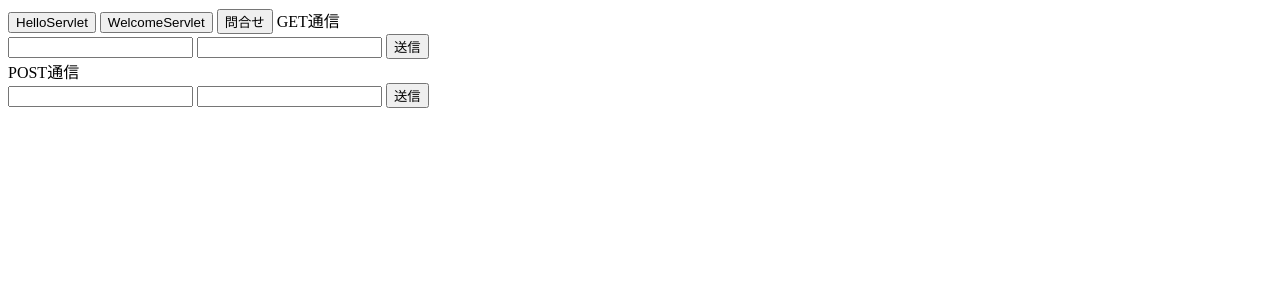
Repository: 938758923/test
Page: http://localhost/HelloServlet/
The author's editor kept a copy of each file at every save. The page is drawn from the files as they stood at one save, then again after the next save.
The browser window is 1280 px wide. The pictures show the whole page.
The page is served by Tomcat 9. Other server files are loaded and not shown.

Above is the page before, as saved 2019-06-12 11:42:15.

### HelloServlet/WebContent/index.jsp
<%@ page language="java" contentType="text/html; charset=UTF-8"
    pageEncoding="UTF-8"%>
<!DOCTYPE html>
<html>
<head>
<meta charset="UTF-8">
<title>HelloServlet</title>
</head>
<body>
<input type="button" value="HelloServlet" onClick="location.href='HelloServlet'">
<input type="button" value="WelcomeServlet" onClick="location.href='welcome.jsp'">
<input type="button" value="問合せ" onClick="location.href='inquiry.jsp'">

GET通信
<form method="get" action="TestServlet">
   <input type="text" name="username">
   <input type="password" name="password">
   <input type="submit" value="送信">
</form>
POST通信
<form method="post" action="TestServlet">
	<input type="text" name="username">
	<input type="password" name="password">
	<input type="submit" value="送信">
</form>
</body>
</html>

After the next save:
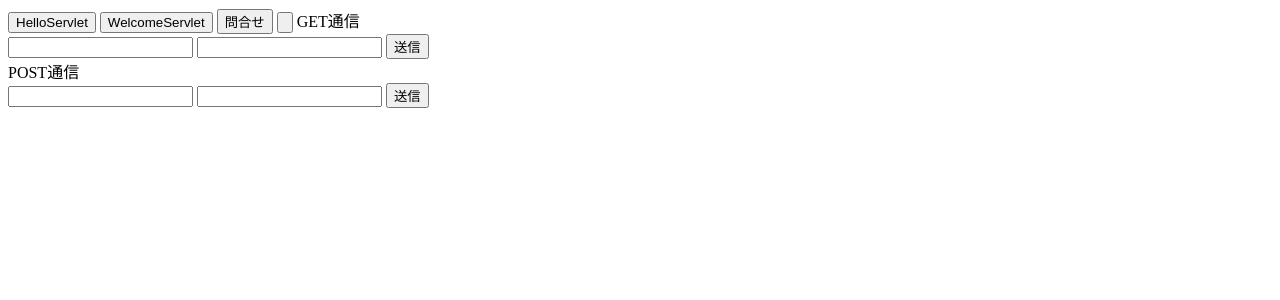
Saved 27 min 33 s later.
--- a/HelloServlet/WebContent/index.jsp
+++ b/HelloServlet/WebContent/index.jsp
@@ -10,6 +10,7 @@
 <input type="button" value="HelloServlet" onClick="location.href='HelloServlet'">
 <input type="button" value="WelcomeServlet" onClick="location.href='welcome.jsp'">
 <input type="button" value="問合せ" onClick="location.href='inquiry.jsp'">
+<input type="button" velue="MySQLServlet" onClick="location.href='MySQLServlet'">
 
 GET通信
 <form method="get" action="TestServlet">
